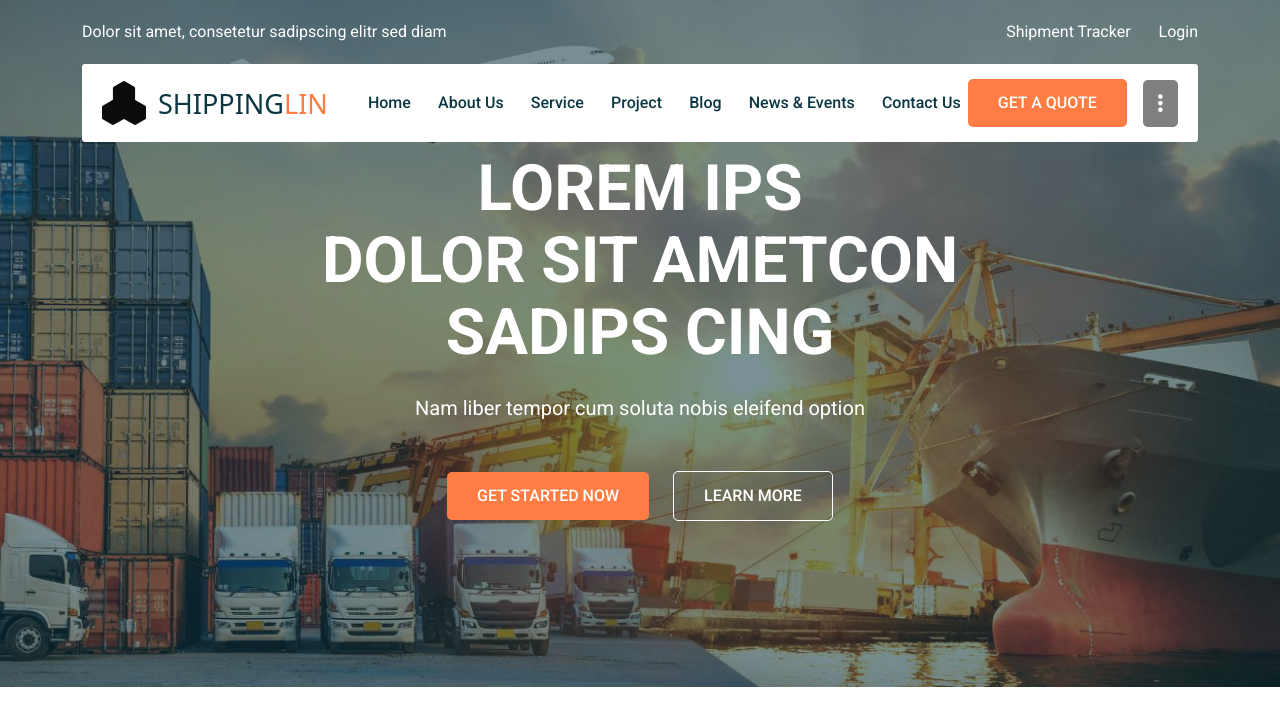
Repository: nazmulalok/shipping-template
Page: index.html
These files come from the project's save history. The page is drawn as it stood at one moment and after the next save; the edit follows.
The browser window is 1280 px wide. The pictures show the whole page.

Above is the page before, as saved 2022-10-03 16:15:11.

After the next save:
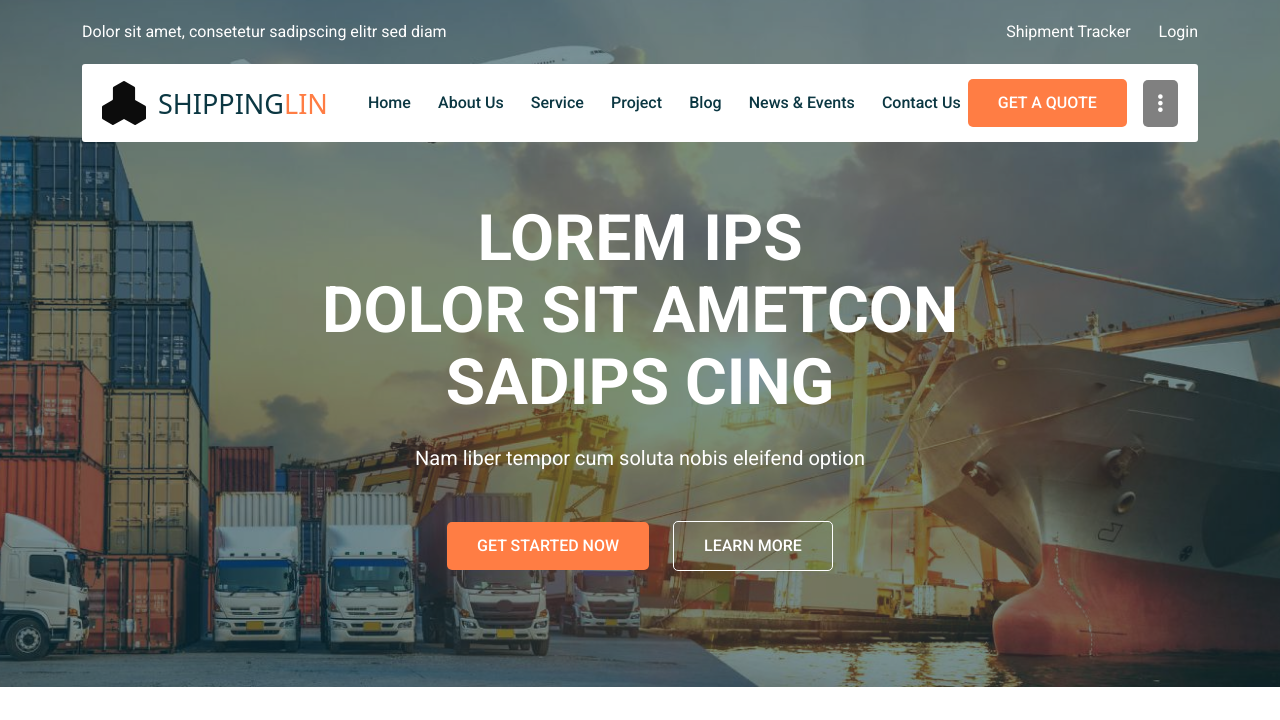
Saved 2 min 19 s later.
--- a/style.css
+++ b/style.css
@@ -51,6 +51,7 @@ body {
 
 .slide-text {
     color: var(--tertiary-color);
+    padding-top: 100px;
 }
 
 .slider-title {
